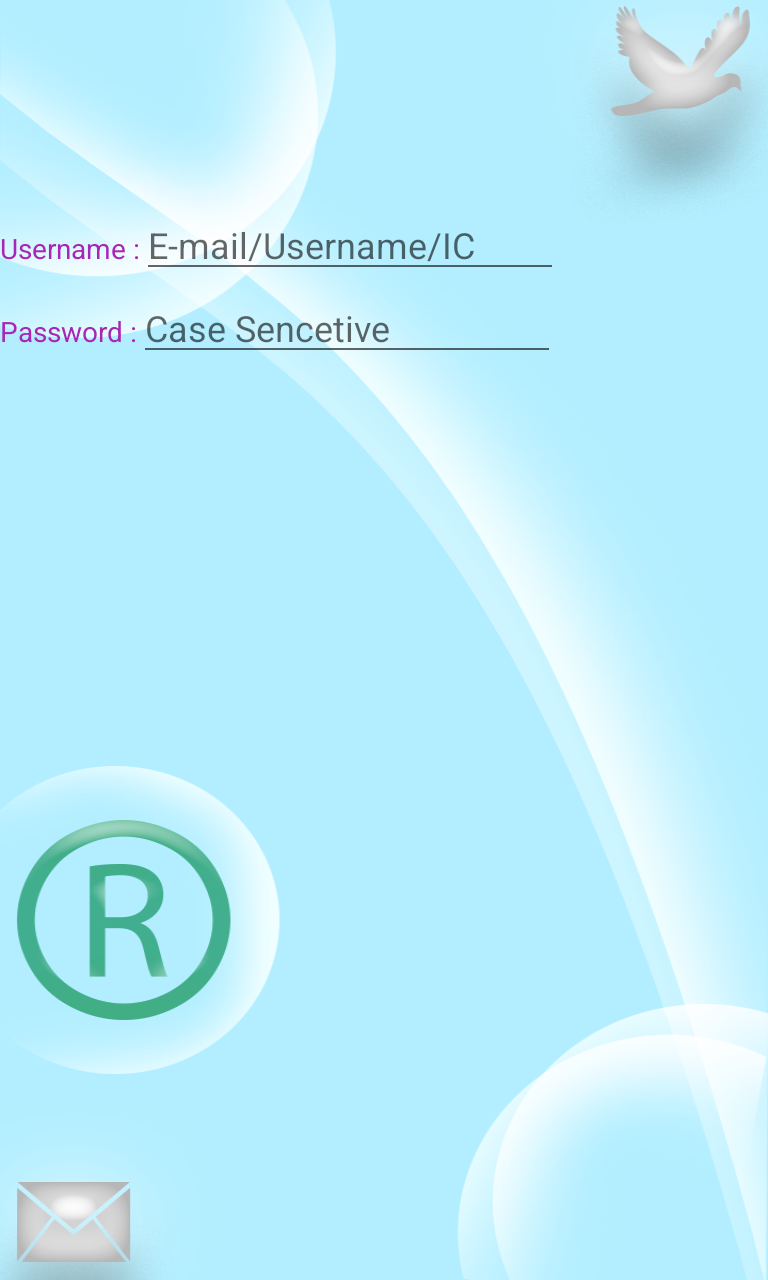
Repository: JodyCoolit/android
Layout: Delivery/res/layout/activity_signup.xml
The author's editor kept a copy of each file at every save. The layout is drawn from the files as they stood at one save, then again after the next save.
It is drawn on a 768 x 1280 px phone screen (xhdpi) without system bars, with theme AppTheme; the app's code is not run.

Above is the layout before, as saved 2014-08-22 02:00:46.

After the next save:
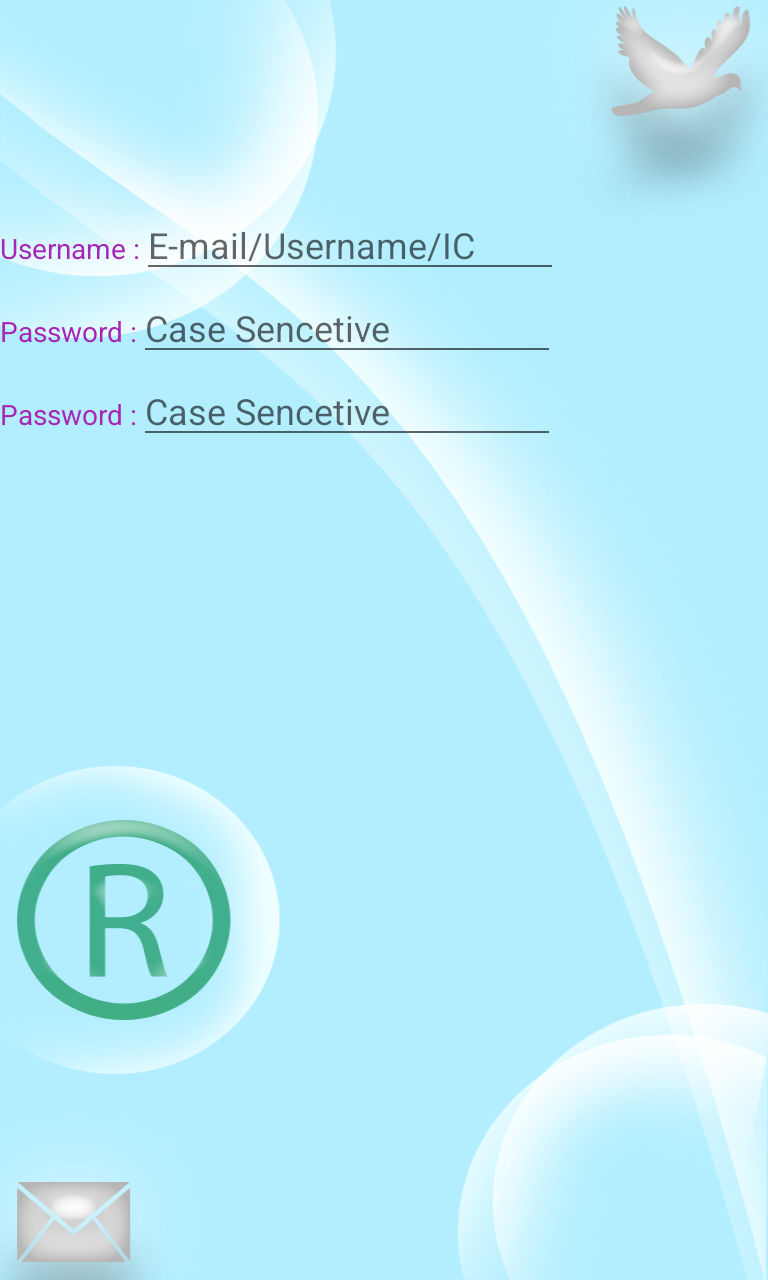
Saved 6 min 5 s later.
--- a/Delivery/res/layout/activity_signup.xml
+++ b/Delivery/res/layout/activity_signup.xml
@@ -47,4 +47,25 @@
 		    android:hint="@string/hint_signup_password"
 		    android:textColor="#26B58F" />
 	</LinearLayout>
+	<LinearLayout
+	    android:layout_width="match_parent"
+   		android:layout_height="wrap_content"
+	    android:orientation="horizontal"
+	    >
+		 <TextView
+		    android:id="@+id/tv_signup_password"
+		    android:layout_width="wrap_content"
+		    android:layout_height="wrap_content"
+		    android:text="@string/tv_signup_password"
+		    android:textColor="#A726B5" />
+
+		<EditText
+		    android:id="@+id/et_signup_password"
+		    android:layout_width="wrap_content"
+		    android:layout_height="wrap_content"
+		    android:ems="10"
+		    android:inputType="textPassword"
+		    android:hint="@string/hint_signup_password"
+		    android:textColor="#26B58F" />
+	</LinearLayout>
 </LinearLayout>
